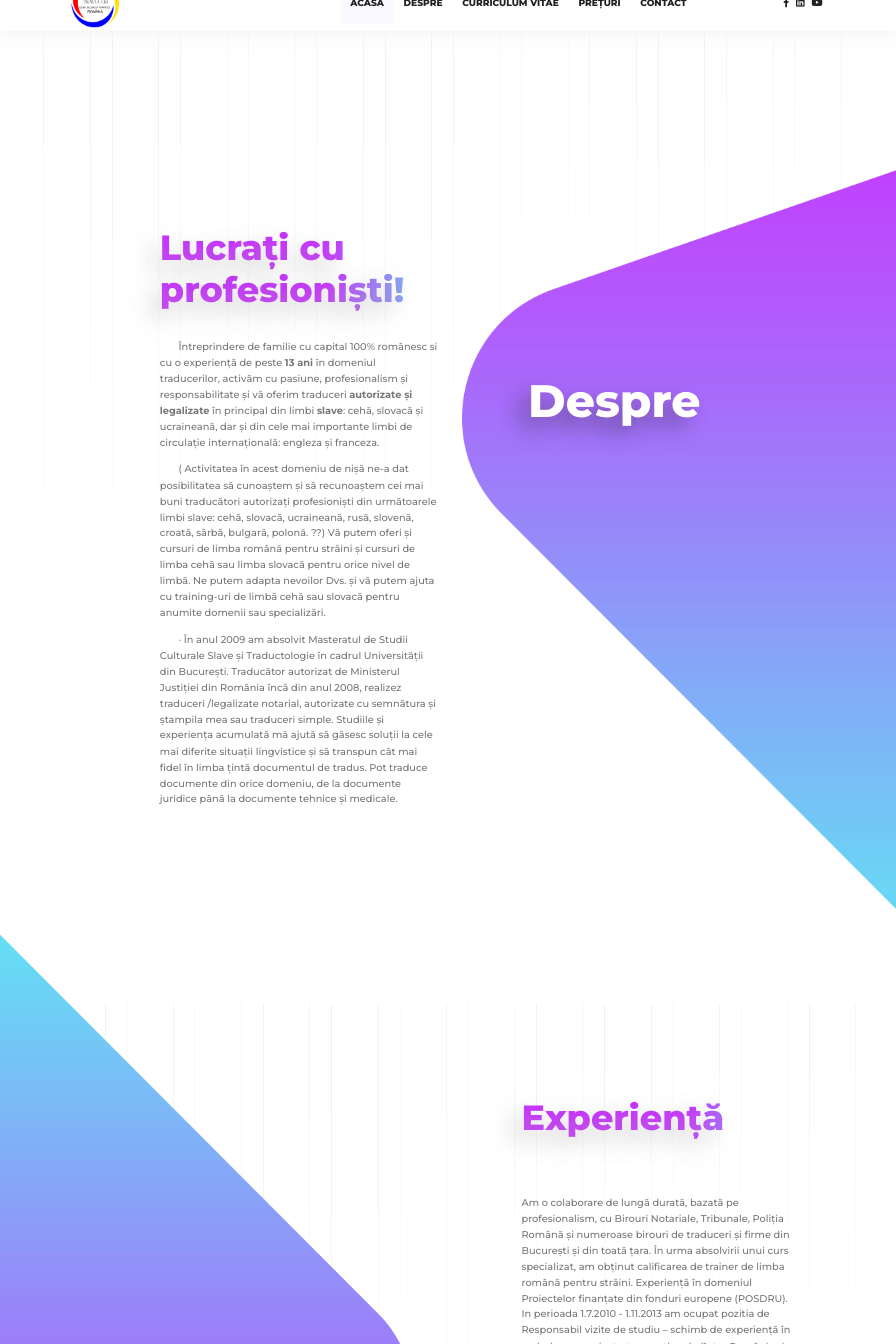
Repository: roscaImarius/site_traduceri
Page: index.html
These files come from the project's save history. The page is drawn as it stood at one moment and after the next save; the edit follows.
The browser window is 1280 px wide. The pictures show the part of the page from y = 647 to 2567 px (the page is 7580 px tall), at 70% of full size.

Above is the page before, as saved 2022-03-17 15:10:26.

### index.html
<!DOCTYPE html>
<html lang="en" class="no-js">
  <head>
    <meta
      name="viewport"
      content="width=device-width, initial-scale=1, shrink-to-fit=no"
    />
    <meta name="author" content="CodePixar" />
    <meta name="description" content="" />
    <meta name="keywords" content="" />
    <meta charset="UTF-8" />

    <title>Traduceri</title>

    <link
      href="https://fonts.googleapis.com/css?family=Montserrat:500,600,700,800,900"
      rel="stylesheet"
    />
    <link
      href="https://fonts.googleapis.com/css?family=Open+Sans:400,600"
      rel="stylesheet"
    />
    <!-- ===========================================
		CSS Files
    ============================================= -->
    <link rel="stylesheet" href="css/font-awesome.min.css" />
    <link rel="stylesheet" href="css/bootstrap.css" />
    <link rel="stylesheet" href="css/main.css" />
  </head>

  <body class="version5" id="top">
    <div class="se-pre-con"></div>

    <!--================ Start Banner Area =================-->
    <section class="home-area" id="home">
      <div class="banner-area relative">
        <div class="container-fluid">
          <div class="row justify-content-center height align-items-center">
            <div class="col-lg-5 col-md-6 col-sm-12">
              <div class="banner-img">
                <img class="img-fluid" src="img/banner-img5.jpg" alt="" />
              </div>
            </div>
            <div class="col-lg-5 col-md-6 col-sm-12">
              <div class="banner-content text-right">
                <h4 class="mb-30 hello text-uppercase text-white">
                  Salut, noi suntem
                </h4>
                <h1 class="name">Catrina Traduceri</h1>
                <p class="mt-5 h6 pHome dark">
                  Ne numărăm printre foarte puținii traducători autorizați de
                  Ministerul Justiției din România pentru traduceri din limbile
                  slave, de nisă: cehă, slovacă și ucraineană.
                </p>
              </div>
            </div>
          </div>
        </div>
      </div>
    </section>
    <!--================Header Menu Area =================-->
    <header class="header_area" id="header5">
      <div class="main_menu">
        <nav class="navbar navbar-expand-lg">
          <div class="container-fluid">
            <!-- Brand and toggle get grouped for better mobile display -->
            <a class="navbar-brand logo_h" href="index.html"
              ><img class="logoo" src="img/logo5_1.png" alt=""
            /></a>
            <button
              class="navbar-toggler"
              type="button"
              data-toggle="collapse"
              data-target="#navbarSupportedContent"
              aria-controls="navbarSupportedContent"
              aria-expanded="false"
              aria-label="Toggle navigation"
            >
              <i class="fas fa-bars"></i>
            </button>
            <!-- Collect the nav links, forms, and other content for toggling -->
            <div
              class="collapse navbar-collapse offset"
              id="navbarSupportedContent"
            >
              <ul class="nav navbar-nav menu_nav ml-auto nav5">
                <li class="nav-item active5">
                  <a class="nav-link" href="#home">Acasă</a>
                </li>
                <li class="nav-item">
                  <a class="nav-link" href="#about">Despre</a>
                </li>
                <li class="nav-item">
                  <a class="nav-link" href="#resume">Curriculum Vitae</a>
                </li>
                <li class="nav-item">
                  <a class="nav-link" href="#portfolio">prețuri</a>
                </li>
                <li class="nav-item">
                  <a class="nav-link" href="#contact">contact</a>
                </li>
              </ul>

              <!-- SOCIAL MEDIA -->
              <ul class="nav navbar-nav social-icons">
                <li class="nav-item">
                  <a href="https://www.facebook.com/catrina.traduceri">
                    <i class="fab fa-facebook-f"></i>
                  </a>
                </li>
                <li class="nav-item">
                  <a
                    href="https://www.linkedin.com/in/ionut-catrina-405244178/"
                  >
                    <i class="fab fa-linkedin"></i>
                  </a>
                </li>
                <li class="nav-item">
                  <a href="#">
                    <i class="fab fa-youtube"></i>
                  </a>
                </li>
              </ul>
            </div>
          </div>
        </nav>
      </div>
    </header>

    <!--================ Start About Area =================-->
    <section class="about-area section-gap-top-5 relative" id="about">
      <div class="container-fluid">
        <div class="row row-reverse">
          <div class="offset-lg-2 col-lg-4 col-md-12">
            <h2 class="heading mb-40">Lucrați cu profesioniști!</h2>
            <p style="text-indent: 20pt">
              Întreprindere de familie cu capital 100% românesc si cu o
              experiență de peste
              <span style="font-weight: bold">13 ani</span> în domeniul
              traducerilor, activăm cu pasiune, profesionalism și
              responsabilitate și vă oferim traduceri
              <span style="font-weight: bold"> autorizate și legalizate</span>
              în principal din limbi
              <span style="font-weight: bold">slave</span>: cehă, slovacă și
              ucraineană, dar și din cele mai importante limbi de circulație
              internațională: engleza și franceza. <br />
            </p>

            <p style="text-indent: 20pt">
              ( Activitatea în acest domeniu de nișă ne-a dat posibilitatea să
              cunoaștem și să recunoaștem cei mai buni traducători autorizați
              profesioniști din următoarele limbi slave: cehă, slovacă,
              ucraineană, rusă, slovenă, croată, sârbă, bulgară, polonă. ??) Vă
              putem oferi și cursuri de limba română pentru străini și cursuri
              de limba cehă sau limba slovacă pentru orice nivel de limbă. Ne
              putem adapta nevoilor Dvs. și vă putem ajuta cu training-uri de
              limbă cehă sau slovacă pentru anumite domenii sau specializări.
            </p>
            <p class="mb-50" style="text-indent: 20pt">
              &middot; În anul 2009 am absolvit Masteratul de Studii Culturale
              Slave și Traductologie în cadrul Universității din București.
              Traducător autorizat de Ministerul Justiției din România încă din
              anul 2008, realizez traduceri /legalizate notarial, autorizate cu
              semnătura și ștampila mea sau traduceri simple. Studiile și
              experiența acumulată mă ajută să găsesc soluții la cele mai
              diferite situații lingvistice și să transpun cât mai fidel în
              limba țintă documentul de tradus. Pot traduce documente din orice
              domeniu, de la documente juridice până la documente tehnice și
              medicale.
            </p>
          </div>

          <div class="col-lg-6 p-0 col-md-12">
            <div class="right-side">
              <h2 class="text-white right-heading">Despre</h2>
            </div>
          </div>
        </div>
      </div>
    </section>

    <!--================ Start Experience Area =================-->
    <section class="experience-area relative" id="resume">
      <div class="container-fluid">
        <div class="row">
          <div class="col-lg-6 p-0 col-md-12">
            <div class="left-side">
              <h2 class="text-white indented cv left-heading">C.V.</h2>
            </div>
          </div>

          <div class="xpDiv col-lg-4 md-mr col-md-12">
            <h2 class="heading mb-80">Experiență</h2>
            <div class="resume-content">
              <div class="work-exp mb-50">
                <p>
                  Am o colaborare de lungă durată, bazată pe profesionalism, cu
                  Birouri Notariale, Tribunale, Poliția Română și numeroase
                  birouri de traduceri și firme din București și din toată țara.
                  În urma absolvirii unui curs specializat, am obținut
                  calificarea de trainer de limba română pentru străini.
                  Experiență în domeniul Proiectelor finanțate din fonduri
                  europene (POSDRU). In perioada 1.7.2010 - 1.11.2013 am ocupat
                  pozitia de Responsabil vizite de studiu – schimb de experiență
                  în cadrul unor proiecte transnaționale (între România și
                  Republica Cehă).
                </p>
              </div>

              <h2 class="heading mt-120 mb-80">Education</h2>
              <div class="study">
                <h4 class="subject">Master</h4>
                <p>
                  <span class="title">Session</span>
                  <span class="info">: 2010-11</span>
                </p>
                <p>
                  <span class="title">Result</span>
                  <span class="info">: 3.78 (In the Scale of 4.00)</span>
                </p>
              </div>

              <div class="study">
                <h4 class="subject">Bachelor</h4>
                <p>
                  <span class="title">Session</span>
                  <span class="info">: 2006-09</span>
                </p>
                <p>
                  <span class="title">Result</span>
                  <span class="info">: 3.40 (In the Scale of 4.00)</span>
                </p>
              </div>

              <div class="study">
                <h4 class="subject">Diploma</h4>
                <p>
                  <span class="title">Session</span>
                  <span class="info">: 20063-06</span>
                </p>
                <p>
                  <span class="title">Result</span>
                  <span class="info">: 4.94 (In the Scale of 5.00)</span>
                </p>
              </div>
            </div>
          </div>
        </div>
      </div>
    </section>

    <!--================ Start PRICE Area =================-->
    <section class="price-area section-gap-top-5 relative" id="portfolio">
      <div class="container-fluid">
        <div class="row row-reverse">
          <div class="divFaraPret offset-lg-2 col-lg-4 col-md-12">
            <h2 class="heading mb-40">Detalii tarife</h2>
            <h1>Text</h1>
            <p>
              Lorem ipsum dolor sit amet consectetur adipisicing elit. Tempora
              omnis rem magnam voluptatum molestiae, unde id fuga illum
              consequatur nisi? Unde voluptates quia enim ab quae consequatur.
              Doloremque amet eveniet autem hic error veniam ullam aliquid
              aperiam corrupti expedita tempora fugiat, accusantium esse alias
              ea quam architecto totam perferendis, eum excepturi consectetur,
              distinctio placeat! A iure sint corporis fuga aperiam quo incidunt
              enim aut vel totam, dolorum architecto sed placeat, doloribus quam
              fugit! Deserunt iure eligendi at laborum corrupti libero,
              molestias, aliquid hic, nihil non ad voluptatum esse molestiae
              quam culpa sit quos! Maiores molestiae ab laboriosam nam magnam,
              illo eligendi dolorem explicabo. Expedita consequatur debitis
              ratione excepturi exercitationem quam neque quaerat magni aliquid
              voluptate, velit voluptatem ut quasi facilis totam ipsa nulla unde
              assumenda perspiciatis non sequi pariatur repellat? Dicta voluptas
              magni id omnis eveniet sunt consectetur aperiam necessitatibus
              sequi tempora quos neque sit iure aspernatur deserunt atque cum,
              debitis quibusdam inventore facilis velit, consequatur nobis
              excepturi. Suscipit dolorem, quisquam quos non reiciendis, earum
              repudiandae error nobis aspernatur optio expedita eligendi atque
              odit nihil ullam cumque a sunt aperiam culpa obcaecati corporis
              iusto? Magnam sequi, necessitatibus nemo odit illo nobis aut,
              voluptas suscipit consequuntur voluptatibus nisi earum. Dolor,
              aperiam?
            </p>
          </div>

          <div class="divPreturi col-lg-6 p-0 col-md-12">
            <div class="right-side">
              <h2 class="text-white right-heading">Prețuri</h2>
            </div>
          </div>
        </div>
      </div>
    </section>

    <!--================ Start CONTACT Area =================-->
    <section class="client-area relative" id="contact">
      <div class="container-fluid">
        <div class="row">
          <div class="col-lg-6 p-0 col-md-12">
            <div class="left-side">
              <h2 class="text-white left-heading">Contact</h2>
            </div>
          </div>

          <div class="contactDiv offset-lg-2 col-lg-4 col-md-12">
            <div class="form-area text-left">
              <h5><i>Telefon:</i></h5>
              <p>+40 726 471 135 <br /></p>
            </div>

            <div class="form-area text-left">
              <h5><i>E-mail:</i></h5>
              <p>catrina.traduceri@yahoo.com</p>
            </div>

            <div class="form-area adresa text-left">
              <h5><i>Adresă:</i></h5>
              <p>
                Calea Dorobantilor nr. 135-145, bl. 10, sc. C, Ap. 156, sector
                1, Bucuresti.
              </p>
            </div>
            <img class="mapa" src="./img/mapa.png" alt="" />
            <img class="mapa" src="./img/mapa.png" alt="" />
            <img class="mapa" src="./img/mapa.png" alt="" />
          </div>
        </div>
      </div>
    </section>

    <!--= Start Scroll to Top Area ########## -->
    <div id="back-top">
      <a title="Go to Top" href="#">
        <i class="fas fa-angle-up"></i>
      </a>
    </div>

    <script src="js/vendor/jquery-2.2.4.min.js"></script>
    <!-- <script src="js/popper.min.js"></script> -->
    <script src="js/vendor/bootstrap.min.js"></script>
    <script src="js/jquery.ajaxchimp.min.js"></script>
    <script src="js/counter-up.js"></script>
    <script src="js/isotope.pkgd.min.js"></script>
    <script src="js/waypoints.min.js"></script>
    <script src="js/main.js"></script>
  </body>
</html>

Loaded but not shown: css/font-awesome.min.css (library); css/bootstrap.css (library); js/vendor/jquery-2.2.4.min.js (library); js/vendor/bootstrap.min.js (library); js/jquery.ajaxchimp.min.js (library); js/isotope.pkgd.min.js (library); js/waypoints.min.js (library); js/main.js (150 lines, source omitted); js/counter-up.js (8 lines, source omitted); css/main.css (1566 lines, source omitted)

After the next save:
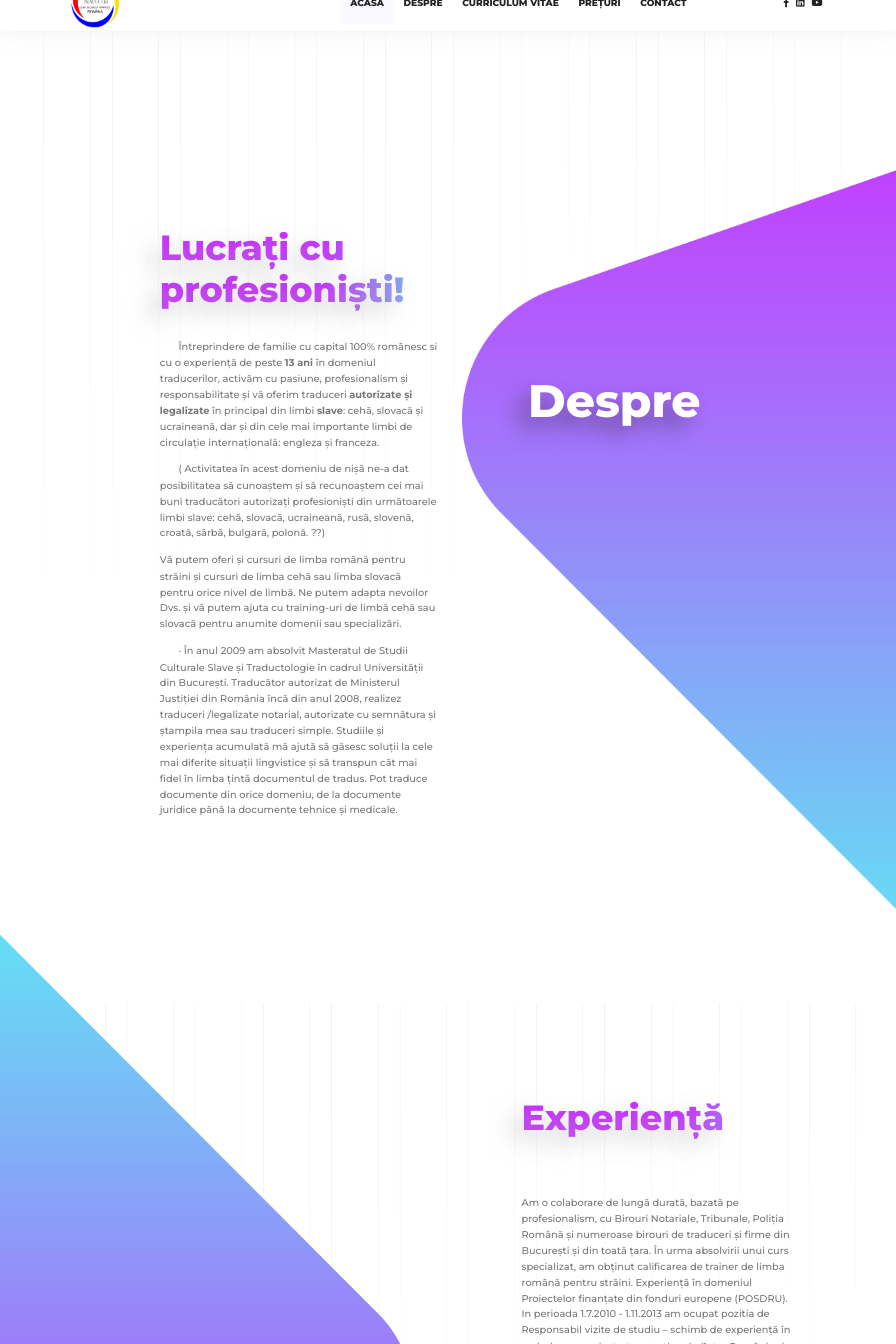
Saved 25 s later.
--- a/index.html
+++ b/index.html
@@ -150,11 +150,14 @@
               ( Activitatea în acest domeniu de nișă ne-a dat posibilitatea să
               cunoaștem și să recunoaștem cei mai buni traducători autorizați
               profesioniști din următoarele limbi slave: cehă, slovacă,
-              ucraineană, rusă, slovenă, croată, sârbă, bulgară, polonă. ??) Vă
-              putem oferi și cursuri de limba română pentru străini și cursuri
-              de limba cehă sau limba slovacă pentru orice nivel de limbă. Ne
-              putem adapta nevoilor Dvs. și vă putem ajuta cu training-uri de
-              limbă cehă sau slovacă pentru anumite domenii sau specializări.
+              ucraineană, rusă, slovenă, croată, sârbă, bulgară, polonă. ??)
+            </p>
+            <p>
+              Vă putem oferi și cursuri de limba română pentru străini și
+              cursuri de limba cehă sau limba slovacă pentru orice nivel de
+              limbă. Ne putem adapta nevoilor Dvs. și vă putem ajuta cu
+              training-uri de limbă cehă sau slovacă pentru anumite domenii sau
+              specializări.
             </p>
             <p class="mb-50" style="text-indent: 20pt">
               &middot; În anul 2009 am absolvit Masteratul de Studii Culturale
